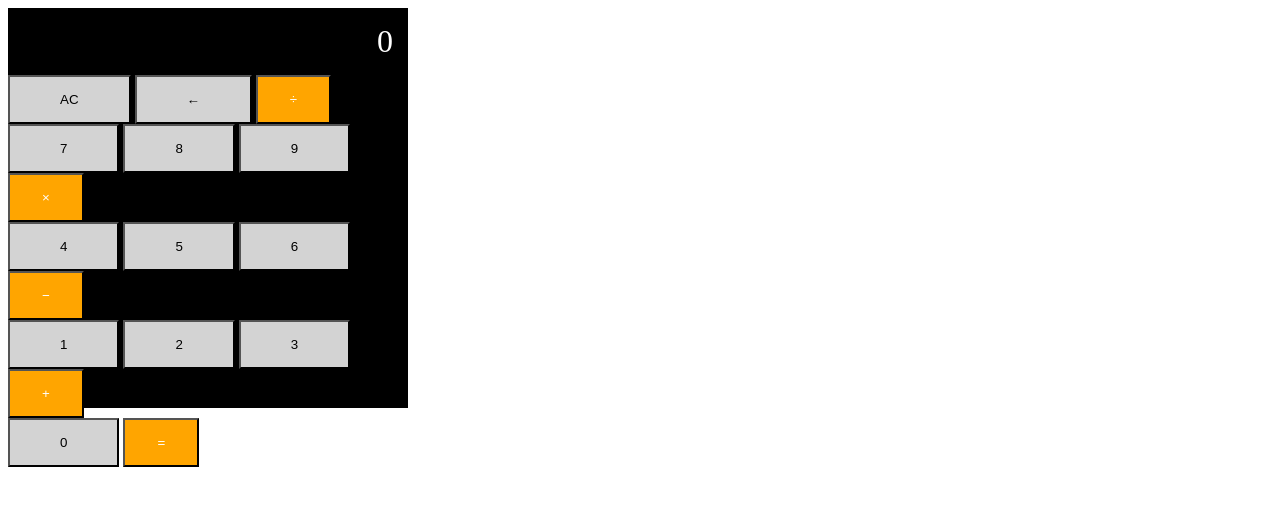
Repository: KaylaDamons/LAB-calculator
Page: index.html
The author's editor kept a copy of each file at every save. The page is drawn from the files as they stood at one save, then again after the next save.
The browser window is 1280 px wide. The pictures show the whole page.

Above is the page before, as saved 2024-01-13 19:35:18.

### index.html
<!DOCTYPE html>
<html lang="en">
<head>
  <meta charset="UTF-8">
  <meta name="viewport" content="width=device-width, initial-scale=1.0">
  <title>Calculator</title>

</head>
<body>
  <div class="wrapper">
    <div class="sumbar">
      0
    </div>
      <div class="clearbutton">
       <button class="button clear">AC</button>
       <button class="button delete">&#8592</button>
       <button class="symbol divide">&#247</button>
    </div>

    <div class="buttonrow1">
      <button class="button">7</button>
      <button class="button">8</button>
      <button class="button">9</button>
      <button class="symbol times">&#215</button>
    </div>

    <div class="buttonrow2">
      <button class="button">4</button>
      <button class="button">5</button>
      <button class="button">6</button>
      <button class="symbol minus">&#8722</button>
    </div>

    <div class="buttonrow3">
      <button class="button">1</button>
      <button class="button">2</button>
      <button class="button">3</button>
      <button class="symbol plus">&#43</button>
    </div>

    <div class="buttonrow4">
      <button class="button">0</button>
      <button class="symbol equals">&#61</button>
    </div>

  </div>




  <link rel="stylesheet" href="main.css">
</body>
<script src="main.js"></script>
</html>

### main.css

 .wrapper {
  display: grid;
  flex-wrap: wrap;
  flex-direction: row;
  background-color:black;
  justify-content: center;
  width: 400px;
  height: 400px;
 }


.sumbar {
 background-color:black;
 text-align: right;
 color:white;
 padding-inline-start: 0%;
 padding:15px;
 font-size: 32px;
}

.symbol {
  background-color: orange;
  padding-inline-start: 0%;
  color:white;
  padding:15px 32px;
}
.button {
  background-color:lightgray;
  padding-inline-start: 0%;
  padding:15px 50px;
}

### main.js
console.log("calculator");

After the next save:
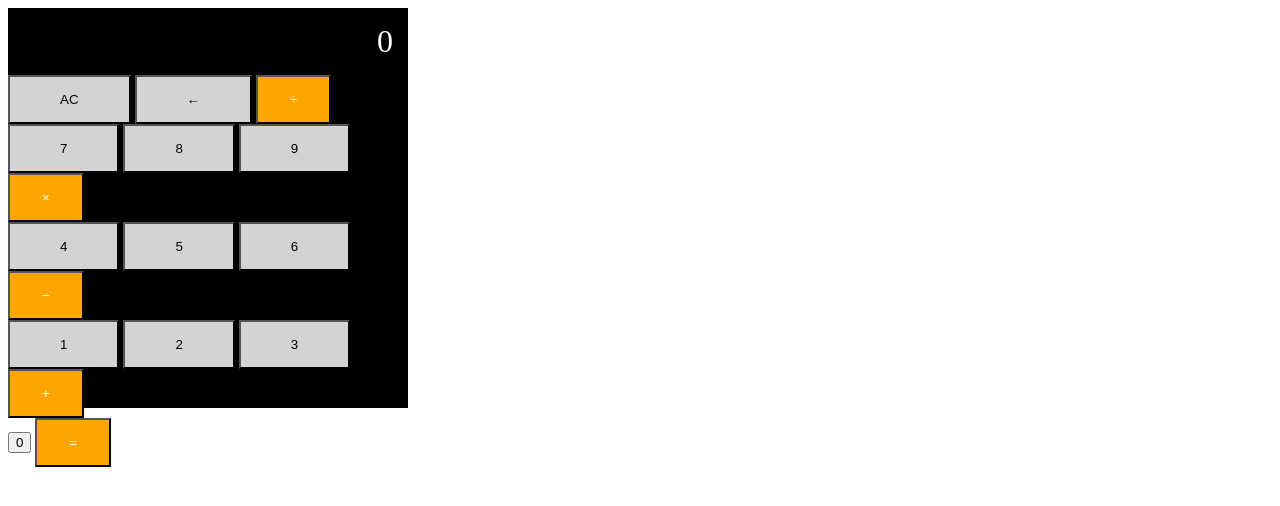
Saved 2 min 59 s later.
--- a/index.html
+++ b/index.html
@@ -39,7 +39,7 @@
     </div>
 
     <div class="buttonrow4">
-      <button class="button">0</button>
+      <button class="buttonzero">0</button>
       <button class="symbol equals">&#61</button>
     </div>
 
